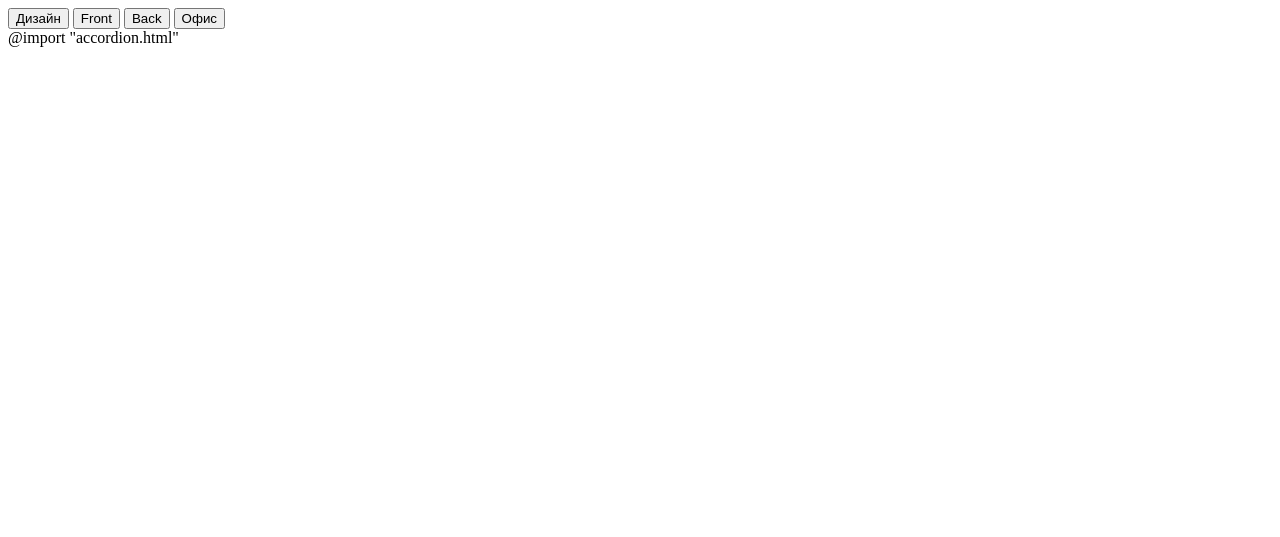
Repository: the-ASAP/AsapVerstka
Page: src/components/profession.html
These files come from the project's save history. The page is drawn as it stood at one moment and after the next save; the edit follows.
The browser window is 1280 px wide. The pictures show the whole page.

Above is the page before, as saved 2021-07-28 10:14:41.

After the next save:
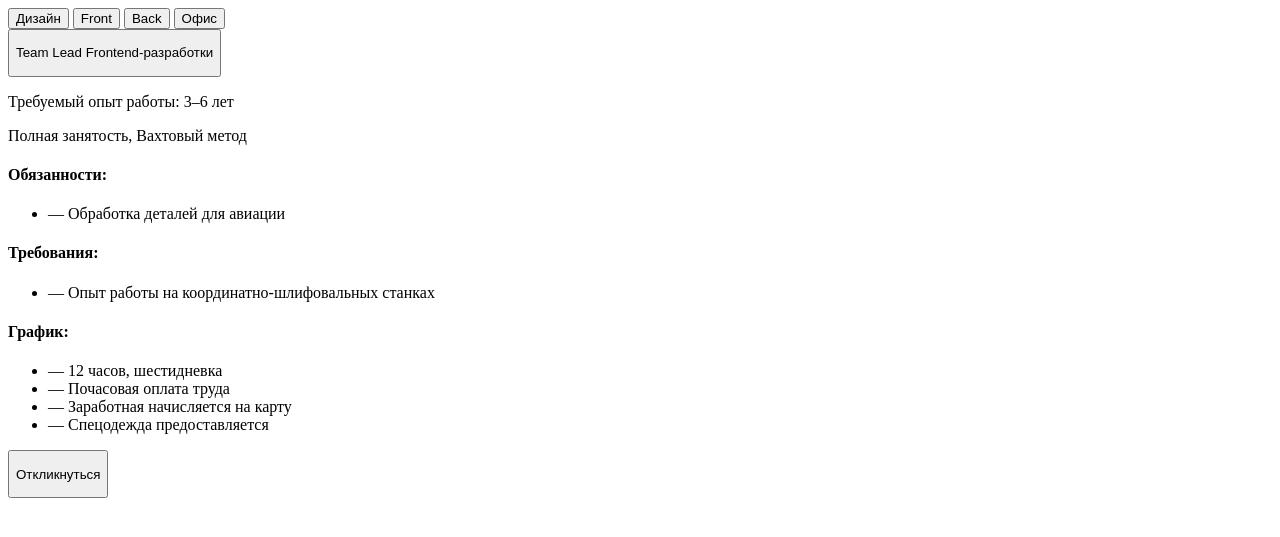
Saved 3 min 0 s later.
--- a/src/components/profession.html
+++ b/src/components/profession.html
@@ -7,6 +7,46 @@
             <button type="button" class="profession__choice">Офис</button>
         </div>
 
-        @import "accordion.html"
+        <button class="profession__accordion">
+            <p>
+                Team Lead Frontend-разработки
+            </p>
+        </button>
+        <div class="profession__info">
+            <p class="profession__text">Требуемый опыт работы: 3–6 лет </p>
+            <p class="profession__text">Полная занятость, Вахтовый метод</p>
+
+            <h4 class="profession__subtitle">Обязанности:</h4>
+            <ul class="profession__list">
+                <li>
+                    — Обработка деталей для авиации
+                </li>
+            </ul>
+            <h4 class="profession__subtitle">Требования:</h4>
+                <ul class="profession__list">
+                    <li>
+                        — Опыт работы на координатно-шлифовальных станках
+                    </li>
+                </ul>
+            <h4 class="profession__subtitle">График:</h4>
+            <ul class="profession__list">
+                <li>
+                    — 12 часов, шестидневка
+                </li>
+                <li>
+                    — Почасовая оплата труда
+                </li>
+                <li>
+                    — Заработная начисляется на карту
+                </li>
+                <li>
+                    — Спецодежда предоставляется
+                </li>
+            </ul>
+
+            <button type="button" class="profession__endButton">
+                <p>Откликнуться</p>
+            </button>
+        </div>
     </div>
 </section>
